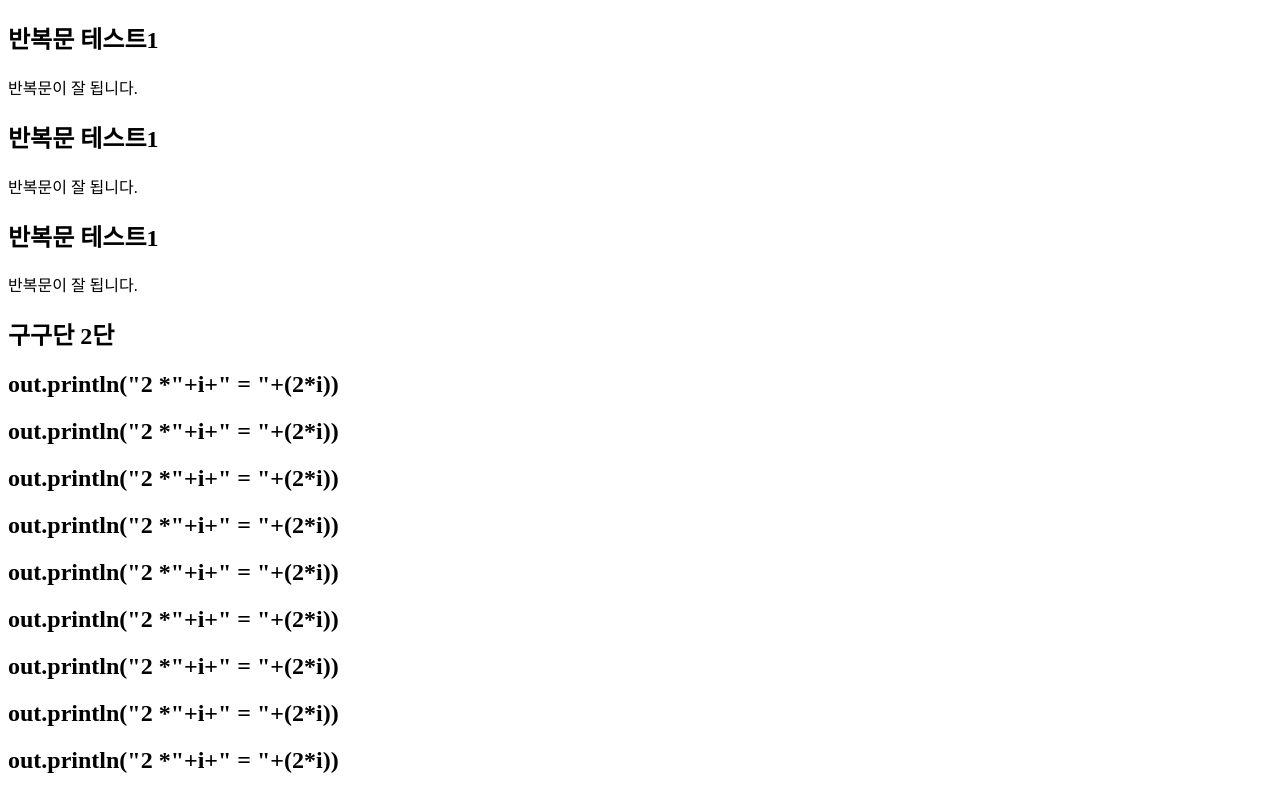
Repository: jungreul97/jsp_pracitce
Page: http://localhost/JSPBasic/JspTag/Scriptlet.jsp
These files come from the project's save history. The page is drawn as it stood at one moment and after the next save; the edit follows.
The browser window is 1280 px wide. The pictures show the whole page.
The page is served by Tomcat 9.

Above is the page before, as saved 2022-01-28 02:34:27.

After the next save:
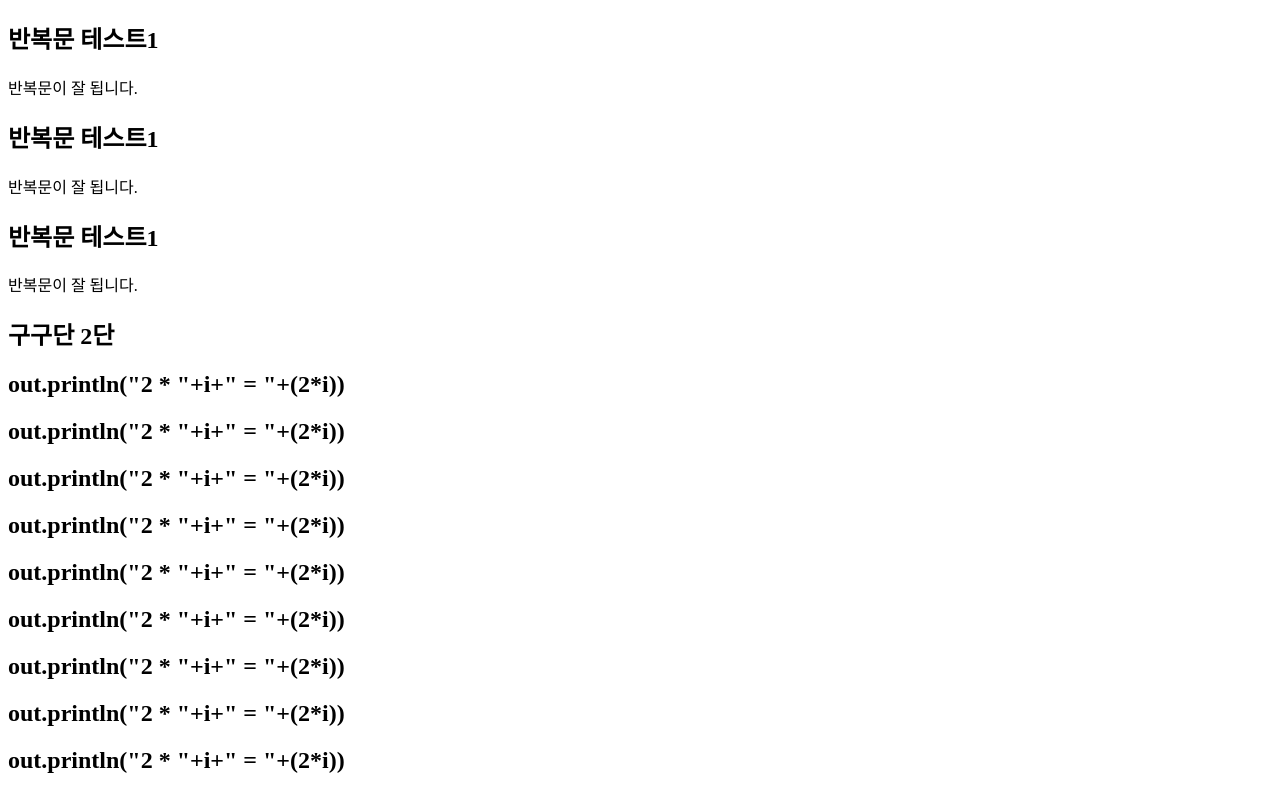
Saved 55 s later.
--- a/JSPBasic/src/main/webapp/JspTag/Scriptlet.jsp
+++ b/JSPBasic/src/main/webapp/JspTag/Scriptlet.jsp
@@ -22,7 +22,7 @@
 	(javascript의 document.wrtie()와 같은 역할)-->
 	<h2>구구단 2단</h2>
 	<% for(int i=1;i<=9;i++){ %>
-		<h2>out.println("2 *"+i+" = "+(2*i))</h2>
+		<h2>out.println("2 * "+i+" = "+(2*i))</h2>
 	<%} %>
 </body>
 </html>
